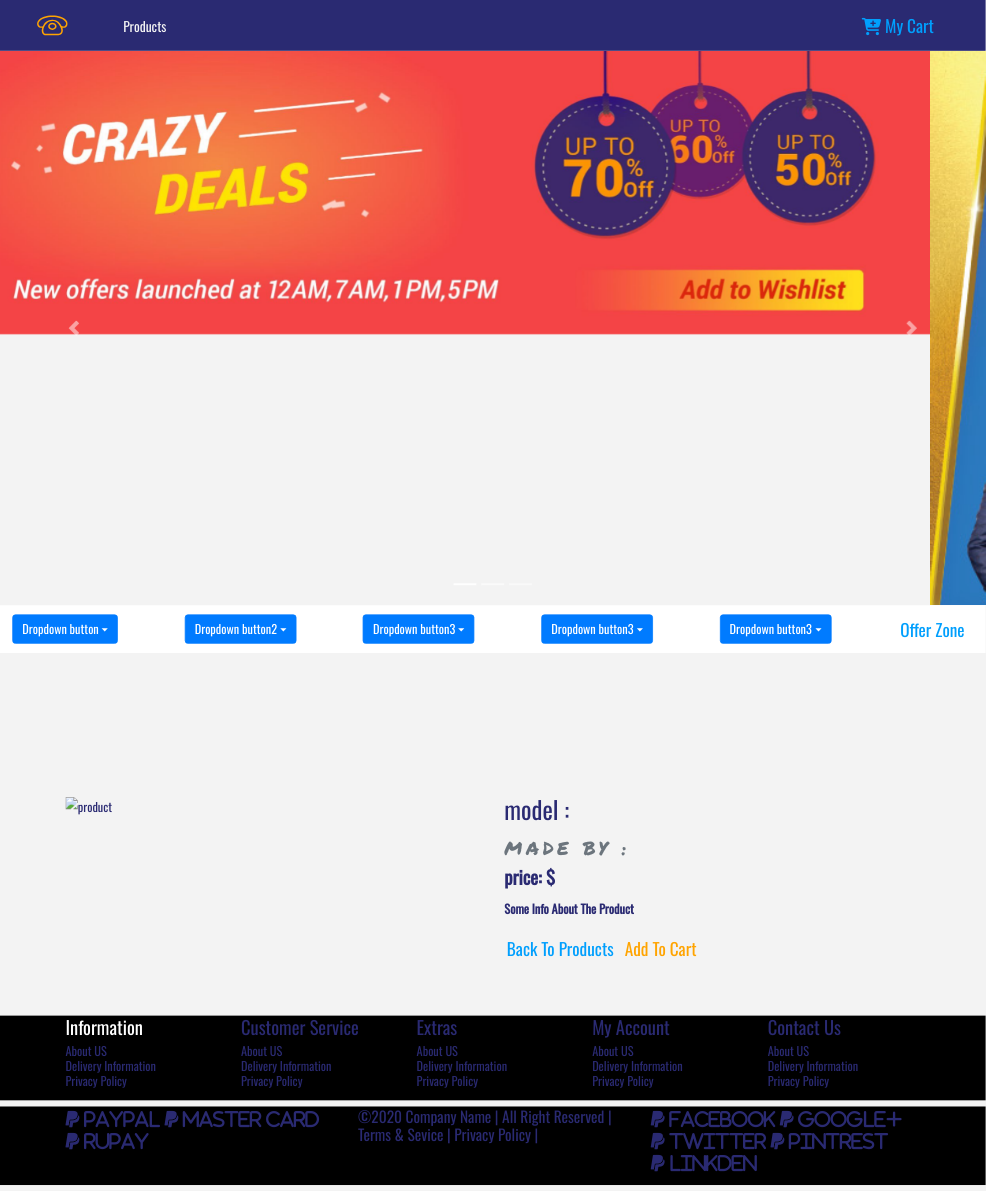
Repository: aditya1068/Online-Store
Page: /details
The author's editor kept a copy of each file at every save. The page is drawn from the files as they stood at one save, then again after the next save.
The browser window is 1280 px wide. The pictures show the whole page, at 77% of full size.
Some web libraries are served in a nearby version. The project was rebuilt for these pictures with package versions that can differ from the ones it lists, and the page was loaded fresh each time. Also part of the build but not shown: src/components/Products.js, src/components/Title.js, src/components/ProductsList.js, src/components/Cart.js, src/components/Default.js.

Above is the page before, as saved 2020-04-03 03:26:25.

### public/index.html
<!DOCTYPE html>
<html lang="en">
  <head>
    <meta charset="utf-8" />
    <link rel="icon" href="%PUBLIC_URL%/favicon.ico" />
    <meta name="viewport" content="width=device-width, initial-scale=1" />
    <meta name="theme-color" content="#000000" />
    <meta
      name="description"
      content="Web site created using create-react-app"
    />
    <link rel="apple-touch-icon" href="%PUBLIC_URL%/logo192.png" />
    <!--
      manifest.json provides metadata used when your web app is installed on a
      user's mobile device or desktop. See https://developers.google.com/web/fundamentals/web-app-manifest/
    -->
    <link rel="manifest" href="%PUBLIC_URL%/manifest.json" />
    <!--
      Notice the use of %PUBLIC_URL% in the tags above.
      It will be replaced with the URL of the `public` folder during the build.
      Only files inside the `public` folder can be referenced from the HTML.

      Unlike "/favicon.ico" or "favicon.ico", "%PUBLIC_URL%/favicon.ico" will
      work correctly both with client-side routing and a non-root public URL.
      Learn how to configure a non-root public URL by running `npm run build`.
    -->
    <!--Google Fonts-->
    <link href="https://fonts.googleapis.com/css?family=Oswald|Permanent+Marker&display=swap" rel="stylesheet">

    <!--Font Awesome-->
    <script src="https://kit.fontawesome.com/7ff98d2d13.js" crossorigin="anonymous"></script>
    <title>Store</title>
  </head>
  <body>
    <noscript>You need to enable JavaScript to run this app.</noscript>
    <div id="root"></div>
    <!--
      This HTML file is a template.
      If you open it directly in the browser, you will see an empty page.

      You can add webfonts, meta tags, or analytics to this file.
      The build step will place the bundled scripts into the <body> tag.

      To begin the development, run `npm start` or `yarn start`.
      To create a production bundle, use `npm run build` or `yarn build`.
    -->
  </body>
</html>

### src/index.js
import React from 'react';
import ReactDOM from 'react-dom';
import './index.css';
import 'bootstrap';
//import 'bootstrap/dist/css/bootstrap.css';
//import 'bootstrap/dist/js/bootstrap.js';
import App from './App';
import { BrowserRouter as Router } from 'react-router-dom';
import {ProductProvider } from './context';
import * as serviceWorker from './serviceWorker';

ReactDOM.render(
    <ProductProvider>

    <Router>
    <App/>
    </Router>

    </ProductProvider>,



 document.getElementById('root'));

// If you want your app to work offline and load faster, you can change
// unregister() to register() below. Note this comes with some pitfalls.
// Learn more about service workers: https://bit.ly/CRA-PWA
serviceWorker.unregister();

### src/App.js
import React, { Component } from "react";
import {Route,Switch} from 'react-router-dom';
import { BrowserRouter as  Router} from 'react-router-dom';
import './App.css';
import "bootstrap/dist/css/bootstrap.min.css";
import Navbar from "./components/Navbar";
import Navbar1 from "./components/Navbar1";
import ProductsList from "./components/ProductsList";
import Details from "./components/Details";
import Cart from "./components/Cart";
import Default from "./components/Default";
import Modal from './components/Modal';
import Slider from "./components/Slider";
import Footer from "./components/Footer";
import Footer2 from "./components/Footer2";

class App extends Component {
  render() {
    return(

      <Router>
        <Navbar />
        <Slider />
        <Navbar1 />

          <Switch>
            <Route path ="/" exact component ={
              () => (<ProductsList></ProductsList>)
            } />

            <Route path ="/details" exact component ={
              () => (<Details></Details>)
             } />

            <Route path ="/cart" exact component ={
              () => (<Cart></Cart>)
            } />

              <Route  component ={
              () => (<Default></Default>)
            } />

              </Switch>

            <Modal />
            <Footer />
            <Footer2 />
  </Router>

    );
  }
}

export default App;

### src/context.js
import React, { Component } from 'react';
import { storeProducts, detailProduct } from './data';

const ProductContext = React.createContext();
// Provider
// Consumer

class ProductProvider extends Component {
   state = {
     products: [],
     detailProduct: detailProduct,
     cart: [],
     modalOpen: false,
     modalProduct: detailProduct,
     cartSubTotal: 0,
     cartTax: 0,
     CartTotal: 0,
   };

   componentDidMount() {
     this.setProducts();
   }

   setProducts = () => {
     let tempProducts = [];
     storeProducts.forEach(item => {
       const singleItem = { ...item };
       tempProducts = [...tempProducts, singleItem];
     });
     this.setState(() => {
       return { products: tempProducts };
     });
   };

    getItem = (id) => {
      const product = this.state.products.find(item => item.id === id);
      return product;
    };

   handleDetail =(id) => {
     const product = this.getItem(id);
     this.setState(() => {
       return { detailProduct:product };
     });
   };

 addToCart =(id) => {
   let tempProducts = [...this.state.products];
   const index = tempProducts.indexOf(this.getItem(id));
   const product = tempProducts[index];
   product.inCart = true;
   product.count = 1;
   const  price  = product.price;
   product.total = price;
   this.setState(() => {
     return { products: tempProducts, cart: [...this.state.cart, product] };
   },
   () => {
     this.addTotals();
   });
 };

    openModal = id => {
      const product = this.getItem(id);
      this.setState(() => {
        return { modalProduct: product, modalOpen: true };
      });
    }

closeModal = () => {
  this.setState(() => {
    return { modalOpen: false };
  });
};

increment = (id) => {
  let tempCart = [...this.state.cart];
  const selectedProduct = tempCart.find(item=>item.id === id);

  const index = tempCart.indexOf(selectedProduct);
  const product = tempCart[index];

  product.count += 1;
  product.total = product.count * product.price;

  this.setState(() => {
    return { cart: [...tempCart] };
  },
  () => {
    this.addTotals();
  });
}

decrement = (id) => {
  let tempCart = [...this.state.cart];
  const selectedProduct = tempCart.find(item => item.id === id);

  const index = tempCart.indexOf(selectedProduct);
  const product = tempCart[index];
  product.count = product.count - 1;
  if (product.count === 0) {
    this.removeItem(id);
  } else {
    product.total = product.count * product.price;
    this.setState(() => {
      return { cart: [...tempCart] };
    },
    () => { this.addTotals(); });
  }
};

removeItem = (id) => {
  const tempProducts = [...this.state.products];
  let tempCart = [...this.state.cart];

  tempCart = tempCart.filter(item => item.id !== id);
  const index = tempProducts.indexOf(this.getItem(id));
  const removedProduct = tempProducts[index];
  removedProduct.inCart = false;
  removedProduct.Count = 0;
  removedProduct.total = 0;
  this.setState(() => {
    return {
      cart: [...tempCart],
      products: [...tempProducts],
    };
  });
}

clearCart =() => {
  this.setState(() => {
    return { cart: [] };
  }, () => {
    this.setProducts();
    this.addTotals();
  });
};

addTotals =() => {
  let subTotal = 0;
  this.state.cart.map(item => (subTotal += item.total));
  const tempTax = subTotal * .18;
  const tax = parseFloat(tempTax.toFixed(1));
  const total = subTotal + tax;
  this.setState(() => {
    return {
      cartSubTotal: subTotal,
      cartTax: tax,
      CartTotal: total,
    };
  });
};

render() {
  return (
    <ProductContext.Provider value={{
      ...this.state,
      handleDetail: this.handleDetail,
      addToCart: this.addToCart,
      openModal: this.openModal,
      closeModal: this.closeModal,
      increment: this.increment,
      decrement: this.decrement,
      removeItem: this.removeItem,
      clearCart: this.clearCart,
    }}
    >
      {this.props.children}
    </ProductContext.Provider>
  );
}
}


const ProductConsumer = ProductContext.Consumer;

export { ProductProvider, ProductConsumer };

### src/App.css
:root{
  --mainBlue: #2a2a72;
  --lightBlue: #009ffd;
  --mainWhite: #f3f3f3;
  --mainDark: #232528;
  --mainYellow: #ffa400;
}
body{
    font-family: 'Oswald', sans-serif !important;
    background: var(--mainWhite)!important;
    color: var(--mainBlue)!important ;
}
.text-title{
font-family: 'Permanent Marker', cursive;
letter-spacing: 0.3rem;
text-transform: uppercase;
}
.text-blue{
  color: var(--mainBlue);
}
.text-bright{
  color: var(--lightBlue);
}
.btn-black{
  background: transparent;
  text-transform: capitalize;
  font-size: 0.6rem !important;
  color: var(--mainDark);
  border-radius: 0 !important;
  border: 0.1rem solid var(--mainDark) !important;
}

.btn-black:hover{
  background: var(--mainDark) !important;
  color: var(--mainWhite) !important;
}

.cart-icon{
  cursor: pointer;
  font-size: 1.2rem;
  color: var(--mainYellow);
}

### src/components/Navbar.js
import React, { Component } from 'react';
import {Link} from 'react-router-dom';
import logo from "../logo.svg";
import styled from "styled-components";
import {ButtonContainer} from  './button';
export default class Navbar extends Component{
    render(){
        return(

           <NavWrapper className="navbar navbar-expand-sm navbar-dark  px-sm-5">
               { /*
                https://www.iconfinder.com/icons/1243689/call_phone_icon
                Creative Commons (Attribution 3.0 Unported);
               https://www.iconfinder.com/Makoto_msk */}
    <Link to ='/' >
     <img src={logo} alt = "store" className="navbar-brand" />
    </Link>
    <ul className= "navbar-nav align-items-center">
        <li className="nav-item ml-5">
        <Link to= "/" className= "nav-link">
            products
            </Link>
            </li>
        </ul>
        <Link to= '/Cart' className="ml-auto">

        <ButtonContainer>
            <span className ="mr-2">
                <i className="fas fa-cart-plus"></i>  my cart
                </span> </ButtonContainer>
        </Link>
            </NavWrapper>
        );
    }
}

const NavWrapper =styled.nav`
background: var(--mainBlue);
.nav-link{
    color:var(--mainWhite)!important;
    font-size: 1.1rem;
    text-transform: capitalize;
}
`;

### src/components/Details.js
import React, { Component } from 'react';
import {ProductConsumer} from '../context';
import {Link} from 'react-router-dom';
import {ButtonContainer} from './button';
export default class Details extends Component{
    render(){
        return(

            <ProductConsumer>
                {(value)=>{
                    const {id,company,img,info,price,title,inCart}=
                    value.detailProduct;
                    return(
                        <div className="container py-5">
                            {/*title */}
                            <div className="row">
                                <div className="col-10 mx-auto text-center text-slanted text-blue my-5">
                                    <h1>{title}</h1>
                                    </div>
                            </div>

                            {/*end title */}
                            {/*Product info */}
                            <div className="row">
                                <div className="col-10 mx-auto col-md-6 my-3">

                                 <img src={img} className="img-fluid" alt="product"/>
                                </div>
                                {/* Product text */}
                                <div className="col-10 mx-auto col-md-6 my-3  text-capitalise">
                                    <h2>model :{title}</h2>
                                    <h4  className="text-title text-upercase text-muted mt-3 mb-2">
                                   made by : <span className="text-uppercase">
                                       {company}</span>  </h4>
                                       <h4 className="text-blue">
                                           <strong>
                                               price: <span>$</span>
                                          {price}
                                           </strong>
                                  </h4>
                                <p className="text-capitalize font-weight-bold mt-3 mb-0">
                                    some info about the product
                                </p>
                                <p className="text-muted lead">{info}</p>
                                {/* buttons */}
                                <div>
                                    <Link to="/">
                                        <ButtonContainer>back to products</ButtonContainer>
                                    </Link>
                                    <ButtonContainer cart
                                     disabled={inCart ? true : false}
                                     onClick={()=>{
                                        value.addToCart(id);
                                        value.openModal(id);
                                     }}
                                     >
                                        {inCart ? "inCart": "add to cart"}
                                    </ButtonContainer>

                                </div>
                            </div>
                        </div>
                        </div>
                    );
                }}

            </ProductConsumer>

        );
    }

}

### src/components/Modal.js
import React, { Component } from 'react'
import styled from 'styled-components';
import {ProductConsumer} from '../context';
import {ButtonContainer } from './button';
import {Link} from "react-router-dom";


export default class  extends Component {
    render() {
        return (
            <ProductConsumer>
                {(value) => {
                    const {modalOpen,closeModal} = value;
                    const {img,title,price} = value.modalProduct;

                    if(!modalOpen){
                        return null;
                    }

                    else{
                return (
                <ModalContainer>
    <div className="container">
    <div className="row">
      <div id="modal" className= "col-8 mx-auto col-md-6 col-lg-4 text-center text-capitalize">
    <h5>item added to the cart</h5>
    <img src={img} className="img-fluid" alt="product" />
    <h5>{title}</h5>
    <h5 className= "text-muted">price : $ {price} </h5>
    <Link to ='/'>
        <ButtonContainer onClick={()=>closeModal()}>
            continue Shopping
        </ButtonContainer>
    </Link>
    <Link to ='/cart'>
        <ButtonContainer cart onClick={()=>closeModal()}>
            go to Cart
        </ButtonContainer>
    </Link>
    </div>
    </div> </div>
                        </ModalContainer>
                        );

                }
            }}
            </ProductConsumer>
        );
    }
}

const ModalContainer = styled.div`
position:fixed;
top: 0;
left: 0;
right: 0;
bottom: 0;
background: rgba(0,0,0,0.3);
display: flex;
align-items: center;
justufy-content: center;
#modal{
    background: var(--mainWhite);
}
`;

### src/components/Slider.js
import React, { Component } from 'react'
import Carousel from 'react-bootstrap/Carousel'
//import Carousel from 'react-multi-carousel';
import 'react-multi-carousel/lib/styles.css';
import {Link} from 'react-router-dom';

export default class Slider extends Component {
    render() {
        return (
            <div>
                <Carousel>
  <Carousel.Item>
    <img
      className="d-block w-100"
      src="img/slider1.jpg"
      alt="First slide"
    />
    <Carousel.Caption>
      <h3></h3>
      <p></p>
    </Carousel.Caption>
  </Carousel.Item>
  <Carousel.Item>
    <img
      className="d-block w-100"
      src="img/slider2.jpg"
      alt="Second slide"
    />

    <Carousel.Caption>

    </Carousel.Caption>
  </Carousel.Item>
  <Carousel.Item>
    <img
      className="d-block w-100"
      src="img/slider3.jpg"
      alt="Third slide"
    />


  </Carousel.Item>
</Carousel>
            </div>
        )
    }
}

### src/components/Footer.js
import React, { Component } from 'react';


export default class Footer extends Component {
    render() {
      return (
          <div className="main-footer"  >
             <h1 style={{backgroundColor: "black"}}>
              <div className= "container">
              <div className= "row">
                  {/* column1 */}
                  <div className= "col">
                  <h4 style={{color: "white"}}>Information</h4>
                      <ul className="list-unstyled">
                         <h6> <li>About US</li>

                          <li>Delivery Information</li>
                          <li>Privacy Policy</li></h6>
                      </ul>
                  </div>
                  {/* column2 */}
                  <div className= "col">
                      <h4>Customer Service</h4>
                      <ul className="list-unstyled">
                         <h6> <li>About US</li>
                          <li>Delivery Information</li>
                          <li>Privacy Policy</li></h6>
                      </ul>
                  </div>
                  {/* column3 */}
                  <div className= "col">
                      <h4>Extras</h4>
                      <ul className="list-unstyled">
                         <h6> <li>About US</li>
                          <li>Delivery Information</li>
                          <li>Privacy Policy</li></h6>
                      </ul>
                  </div>
                  {/*column 4 */}
                  <div className= "col">
                      <h4>My Account</h4>
                      <ul className="list-unstyled">
                        <h6>  <li>About US</li>
                          <li>Delivery Information</li>
                          <li>Privacy Policy</li></h6>
                      </ul>
                  </div>
                   {/*column 5 */}
                   <div className= "col">
                      <h4>Contact Us</h4>
                      <ul className="list-unstyled">
                        <h6>  <li>About US</li>
                          <li>Delivery Information</li>
                          <li>Privacy Policy</li></h6>
                      </ul>
                  </div>



                  </div>
              </div></h1>
          </div>

      )
      }}

### src/components/Footer2.js
import React, { Component } from 'react';

export default class Footer2 extends Component {
    render() {
      return (
        <div className="second-footer">
            <h1 style={{backgroundColor: "black"}}>
              <div className= "container">
              <div className= "row">
                  {/* column1 */}
                  <div className= "col">
                      <ul className="list-unstyled">
                        <h4> <i className="fab fa-paypal"> Paypal </i> {""}
                          <i className="fab fa-paypal"> Master Card </i> {""}
                          <i className="fab fa-paypal"> Rupay </i> {""}</h4>
                      </ul>
                  </div>
                          {/* column2 */}
                   <div className= "col">

                      <ul className="list-unstyled">
                         <h5>  &copy;{(new Date().getFullYear())} Company Name | All Right Reserved |
                           Terms & Sevice | Privacy Policy |    </h5>
                      </ul>
                  </div>

                        {/*Column 3*/}
                        <div className= "col">
                      <ul className="list-unstyled">
                     <h4><i className="fab fa-paypal"> Facebook </i> {""}
                          <i className="fab fa-paypal"> Google+ </i> {""}
                          <i className="fab fa-paypal"> Twitter </i> {""}
                          <i className="fab fa-paypal"> Pintrest </i> {""}
                          <i className="fab fa-paypal"> Linkden </i> {""}</h4>

                      </ul>
                  </div>
                     </div>
                  </div></h1>
                 </div>



      )
    }
}

### src/components/button.js
import styled from "styled-components"



export const ButtonContainer = styled.button`
text-transform:capitalize;
font-size:1.4rem;
background: transparent;
border: 0.05 rem solid var(--lightBlue);
color: var(--lightBlue);
border-color: ${props => (props.cart? "var(--mainYellow)": "var--(lightBlue)")};
color ${prop => prop.cart ? "var(--mainYellow)": "var--(lightBlue)"};
border-radius: 0.5rem;
padding:0.2rem;
cursor:pointer;
margin:0.2rem 0.5rem 0.2rem 0;
transition:all 0.5s ease-in-out;
&:hover: {
    background:${prop => prop.cart ? "var(--mainYellow)": "var--(lightBlue)"};
    color:var(--mainBlue);
}
&:focus{
    outLine: none;
}
`;

Loaded but not shown: src/index.css (common file); src/serviceWorker.js (common file); src/data.js (99 lines, source omitted); src/components/Navbar1.js (89 lines, source omitted)

After the next save:
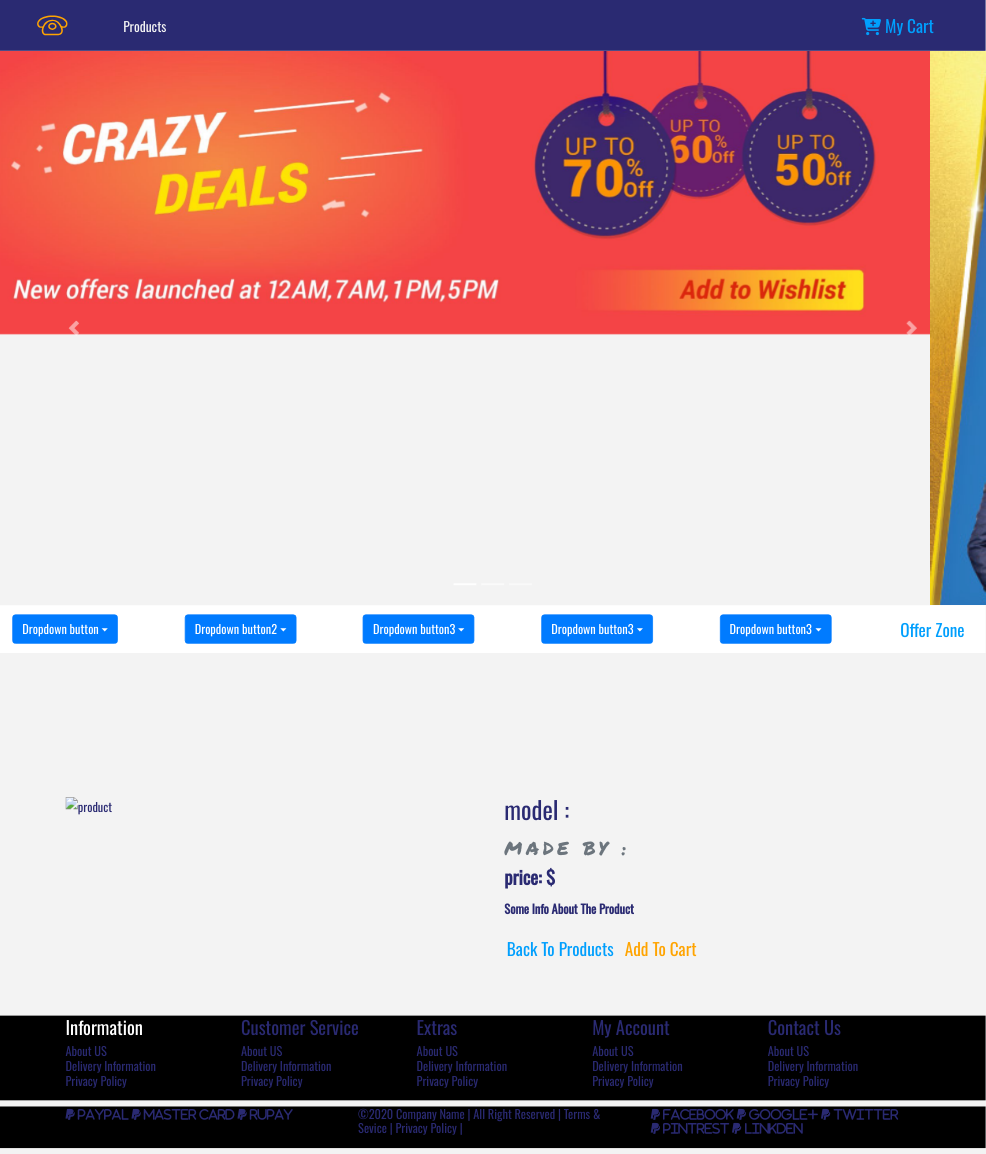
Saved 76 s later.
--- a/src/components/Footer2.js
+++ b/src/components/Footer2.js
@@ -10,28 +10,28 @@ export default class Footer2 extends Component {
                   {/* column1 */}
                   <div className= "col">
                       <ul className="list-unstyled">
-                        <h4> <i className="fab fa-paypal"> Paypal </i> {""}
+                        <h6> <i className="fab fa-paypal"> Paypal </i> {""}
                           <i className="fab fa-paypal"> Master Card </i> {""}
-                          <i className="fab fa-paypal"> Rupay </i> {""}</h4>
+                          <i className="fab fa-paypal"> Rupay </i> {""}</h6>
                       </ul>
                   </div>
                           {/* column2 */}
                    <div className= "col">
 
                       <ul className="list-unstyled">
-                         <h5>  &copy;{(new Date().getFullYear())} Company Name | All Right Reserved |
-                           Terms & Sevice | Privacy Policy |    </h5>
+                         <h6>  &copy;{(new Date().getFullYear())} Company Name | All Right Reserved |
+                           Terms & Sevice | Privacy Policy |    </h6>
                       </ul>
                   </div>
 
                         {/*Column 3*/}
                         <div className= "col">
                       <ul className="list-unstyled">
-                     <h4><i className="fab fa-paypal"> Facebook </i> {""}
+                     <h6><i className="fab fa-paypal"> Facebook </i> {""}
                           <i className="fab fa-paypal"> Google+ </i> {""}
                           <i className="fab fa-paypal"> Twitter </i> {""}
                           <i className="fab fa-paypal"> Pintrest </i> {""}
-                          <i className="fab fa-paypal"> Linkden </i> {""}</h4>
+                          <i className="fab fa-paypal"> Linkden </i> {""}</h6>
 
                       </ul>
                   </div>
